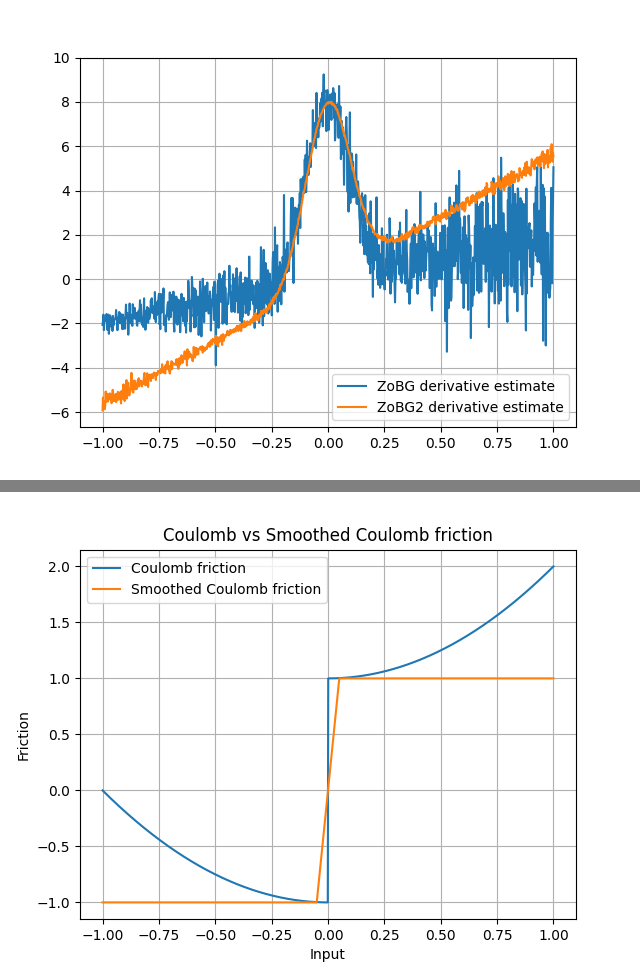
Repository: oomcth/Gradient-smoothing
Script's output: python test.py
An editor plug-in stored every save of this project. The script's output is shown before and after the next save, followed by the edit.
Each picture stacks the figures in order, with grey between them; figures that are only written to a file come last. Random numbers start from a fixed seed.

Above is the script's output before, as saved 2025-11-21 19:23:16.

After the next save:
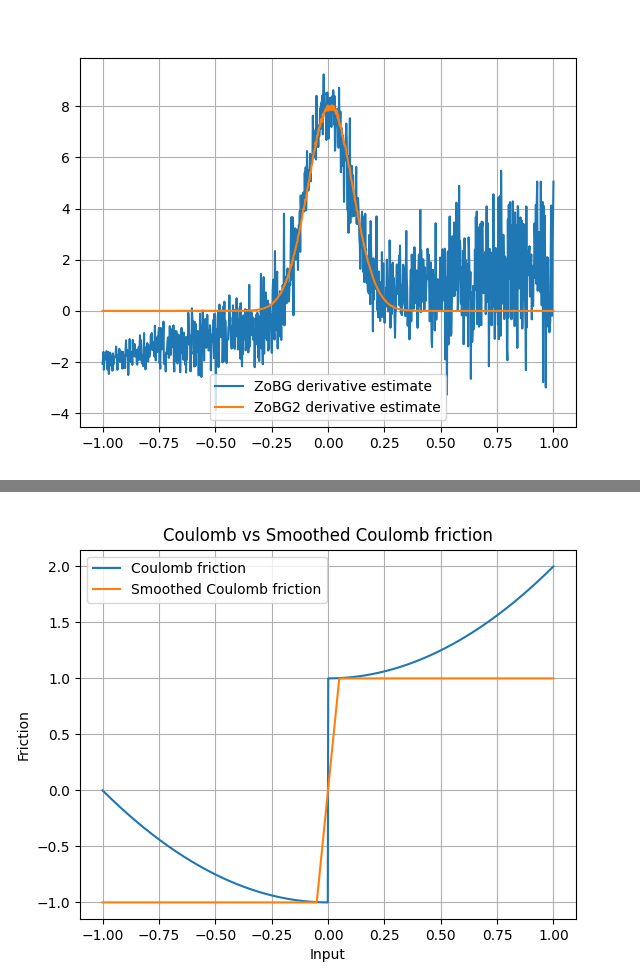
Saved 91 s later.
--- a/test.py
+++ b/test.py
@@ -49,7 +49,10 @@
     omegas = np.random.normal(loc=0, scale=sigma, size=M)
     xs = x + omegas
     est = np.array(
-        [2 * xi * gaussian_pdf(omega, sigma=sigma) for (xi, omega) in zip(xs, omegas)]
+        [
+            2 * xi * gaussian_pdf(omega - xi, sigma=sigma)
+            for (xi, omega) in zip(xs, omegas)
+        ]
     )
 
     return est.mean() + 2 * gaussian_pdf(-x, mu=0, sigma=sigma)

After the save that followed:
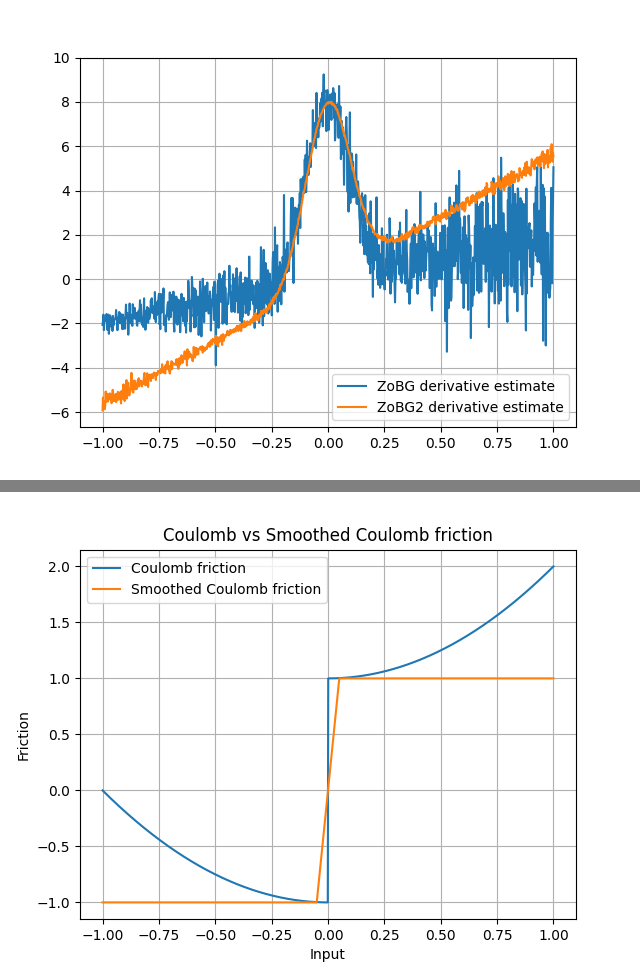
Saved 10 s later.
--- a/test.py
+++ b/test.py
@@ -49,10 +49,7 @@
     omegas = np.random.normal(loc=0, scale=sigma, size=M)
     xs = x + omegas
     est = np.array(
-        [
-            2 * xi * gaussian_pdf(omega - xi, sigma=sigma)
-            for (xi, omega) in zip(xs, omegas)
-        ]
+        [2 * xi * gaussian_pdf(omega, sigma=sigma) for (xi, omega) in zip(xs, omegas)]
     )
 
     return est.mean() + 2 * gaussian_pdf(-x, mu=0, sigma=sigma)
